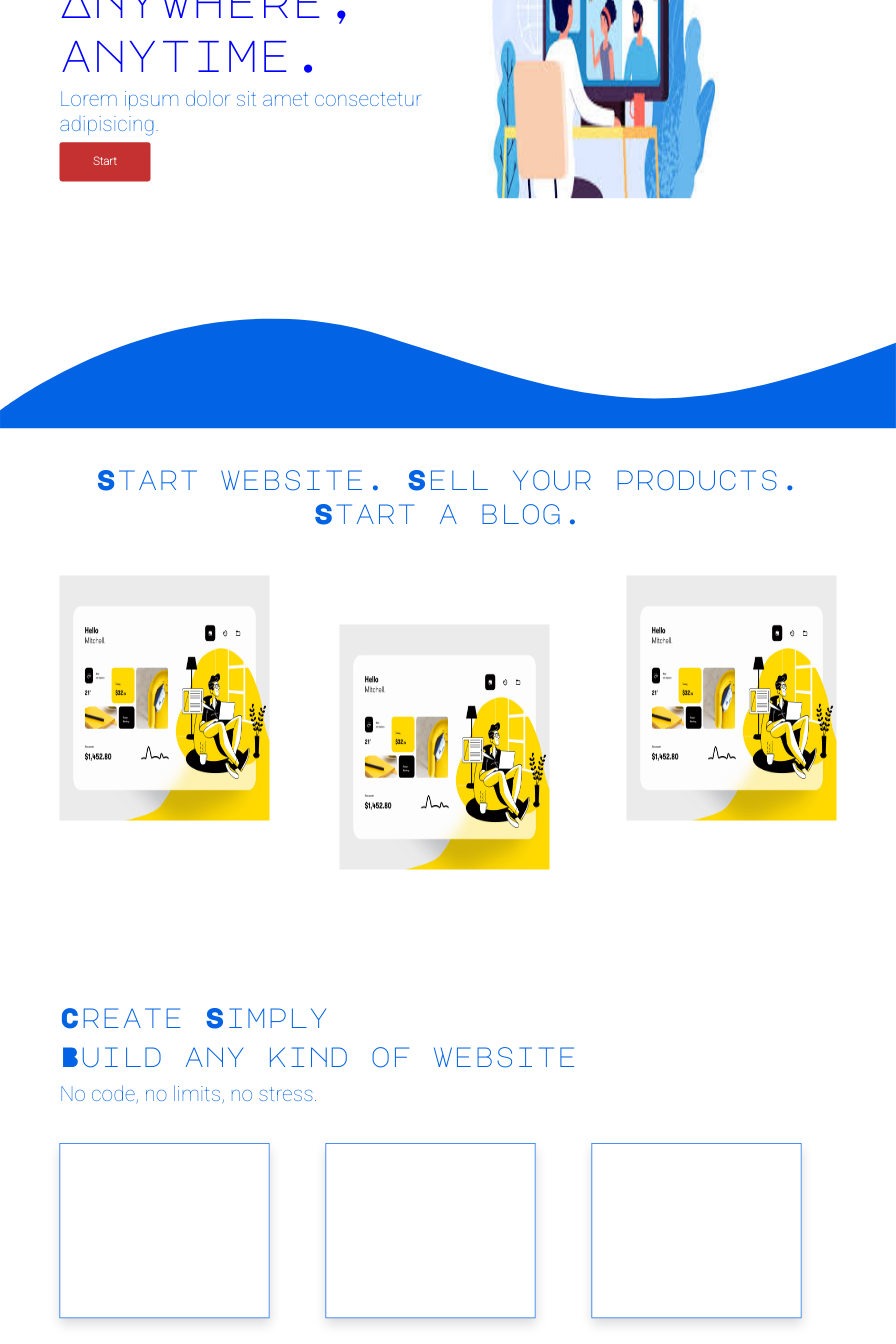
Repository: latenightsnacc/Static-Web-Projects
Page: Dunno Yet/index.html
An editor plug-in stored every save of this project. The page is shown before and after the next save, followed by the edit.
The browser window is 1280 px wide. The pictures show the part of the page from y = 313 to 2233 px (the page is 5239 px tall before and 5082 px after), at 70% of full size.
The style sheet was rebuilt from its Sass, Less or Tailwind sources for each picture, by a compiler version that may differ from the author's.

Above is the page before, as saved 2020-11-11 19:33:34.

### Dunno Yet/index.html
<!DOCTYPE html>
<html lang="en">
<head>
    <meta charset="UTF-8">
    <meta name="viewport" content="width=device-width, initial-scale=1.0">
    <!--Tailwind CDN-->
    <link rel="stylesheet" href="https://cdnjs.cloudflare.com/ajax/libs/tailwindcss/1.9.6/base.min.css" integrity="sha512-hEjkvMSM0ql6VJcNK0gTmjt9ar8F2yHeBUbJKtyvQhkkbGMhiJ4+MaiB8XxsthLAHJx5vy2I9dN0un8HiWG2LA==" crossorigin="anonymous" />
    <link rel="stylesheet" href="https://cdnjs.cloudflare.com/ajax/libs/tailwindcss/1.9.6/components.min.css" integrity="sha512-TizAONqhvXjEfRPhptSUkZNVU497PzAnXNGNUoeOjeni4dHpJ+ak+ZsyoGna20LH/yg1PvdufN1VbnVQeVDftg==" crossorigin="anonymous" />
    <link rel="stylesheet" href="https://cdnjs.cloudflare.com/ajax/libs/tailwindcss/1.9.6/tailwind.css" integrity="sha512-HY1FOTeAX9idUBWDhVDrBg8QUHBisKVQ4BCVj1jFo5z76mk87w4Rr5YGP8nBkcGmoMzqYvdeXHMOg/olF45z3g==" crossorigin="anonymous" />
    <link rel="stylesheet" href="https://cdnjs.cloudflare.com/ajax/libs/tailwindcss/1.9.6/utilities.min.css" integrity="sha512-0QJfuLKyYJWGB5hKArJW67xqMLDlR8YaLM/ZuW2mRn4NRwHNsGm7UuREc5Fu7jONHyewPKnGODY0N8G+FQbfxg==" crossorigin="anonymous" />
    <!--Bootstrap CDN-->
    <link rel="stylesheet" href="https://cdn.jsdelivr.net/npm/bootstrap@4.5.3/dist/css/bootstrap.min.css" integrity="sha384-TX8t27EcRE3e/ihU7zmQxVncDAy5uIKz4rEkgIXeMed4M0jlfIDPvg6uqKI2xXr2" crossorigin="anonymous">
    <!--Custom Stylesheet-->
    <link rel="stylesheet" href="styles/stylesheet.css">
    <!-- <link rel="stylesheet" href="styles/loader.css"> -->
    <title>Home</title>
</head>
<body>
        <!--PreLoader-->
<div class="loader_bg">
    <div class="loader"></div>
</div>
    <!--Navbar-->
    <nav class="navbar navbar-expand-lg navbar-light  bg-transparent fixed-top p-3 mb-5 bg-white rounded" id="navbar">
        <div class="container">
            <a class="navbar-brand" href="#">Navbar</a>
            <button class="navbar-toggler" type="button" data-toggle="collapse" data-target="#navbarNavDropdown" aria-controls="navbarNavDropdown" aria-expanded="false" aria-label="Toggle navigation">
              <span class="navbar-toggler-icon"></span>
            </button>
            <div class="collapse navbar-collapse" id="navbarNavDropdown">
              <ul class="navbar-nav ml-auto">
                <li class="nav-item active">
                  <a class="nav-link" href="#">Home</a>
                </li>
                <li class="nav-item dropdown">
                    <a class="nav-link dropdown-toggle" href="#" id="navbarDropdownMenuLink" role="button" data-toggle="dropdown" aria-haspopup="true" aria-expanded="false">
                      Products
                    </a>
                    <div class="dropdown-menu" aria-labelledby="navbarDropdownMenuLink">
                      <a class="dropdown-item" href="#">Blog</a>
                      <a class="dropdown-item" href="#">Website</a>
                      <a class="dropdown-item" href="#">E-commerce</a>
                      <a class="dropdown-item" href="#">Domain</a>
                      <a class="dropdown-item" href="#">Hosting</a>
                    </div>
                  </li>
                <li class="nav-item">
                  <a class="nav-link" href="#">Pricing</a>
                </li>
                <li class="nav-item">
                    <a class="nav-link" href="#">Login</a>
                </li>
                <li class="nav-item">
                    <a class="nav-link btn" href="#">Get Started</a>
                </li>
              </ul>
            </div>
        </nav>
    </div>
    <!-- End of Navbar-->


    <!--Banner-->
    <section class="min-h-screen mt-5" id="banner">
        <div class="container">
            <div class="row pt-5">
                <!--Banner Text-->
                <div class="col-xs-12 col-s-12 col-md-6 col-lg-6 col-xl-6">
                    <div class="text-box banner-txt">
                        <h1 class="">Online Solutions, <br/> Anywhere, anytime.</h1>
                        <h5 class="span-title">Lorem ipsum dolor sit amet consectetur adipisicing.</h5>
                        <button class="bg-red-700 hover:bg-blue-500 text-white font-bold py-3 px-5 rounded">Start</button>
                    </div>
                </div>
                <!--Banner Image-->
                <div class="col-xs-12 col-s-12 col-md-6 col-lg-6 col-xl-6">
                    <a href="#">
                        <img class="banner-img" src="assets/video-conferencing.jpeg" alt="banner image"/>
                    </a>
                </div>
            </div>
        </div>

    </section>
    <!--End of Banner-->
 <!--SVG BACKGROUND-->
 <svg id="topcurve" data-name=" Layer 1" xmlns="https://www.w3.org/2000/svg" viewBox= "0 0 1416.99 174.01">
    <defs>
        <style>
            .cls-1{fill: #0263e4;}
        </style>
    </defs>
    <title>Wavy Background</title>
    <path class="cls-1" d="M0,280.8S283.66,59,608.94,163.56s437.93,150.57,808,10.34V309.54H0V280.8Z" transform="translate(0 -135.53)"/>
</svg>

    <!--Services-->
    <section class="min-h-screen mt-5 mb-5" id="services">
        <div class="container">
            <div class="absolute-box">
                <div class="title-box text-center mb-5">
                    <h2 class="section-title pb-5">Start <span class="section-title">website. </span><span class="color">Sell your products.</span><br/><span class="color">Start a blog.</span> </h2>
                </div>
                <div class="images">
                    <div class="img-1 ">
                        <a href="#">
                            <img src="assets/Template-1.jpg" alt="Build a website" />
                        </a>
                    </div>
                    <div class="img-2 motion-reduce:animate-bounce">
                        <a href="#">
                            <img src="assets/Template-1.jpg" alt="Build a website" />
                        </a>
                    </div>
                    <div class="img-3">
                        <a href="#">
                            <img src="assets/Template-1.jpg" alt="Build a website" />
                        </a>
                    </div>
                </div>
            </div>
        </div>
    </section>
    <!--End of Services-->

    <!--Templates-->
    <section class="min-h-screen mt-5 mb-5" id="templates">
        <div class="container">
            <div class="title-box mb-5">
                <h2 class="section-title">Create Simply </h2>
                <h4 class="section-title">Build any kind of website</h4>
                <p class="span-title">No code, no limits, no stress.</p>
            </div>
            <div class="row">
                <div class="col-xs-12 col-s-12 col-md-6 col-lg-4 col-xl-4">
                    <div class="clear-box"></div>
                </div>
                <div class="col-xs-12 col-s-12 col-md-6 col-lg-4 col-xl-4">
                    <div class="clear-box"></div>
                </div>
                <div class="col-xs-12 col-s-12 col-md-6 col-lg-4 col-xl-4">
                    <div class="clear-box"></div>
                </div>
                <div class="col-xs-12 col-s-12 col-md-6 col-lg-4 col-xl-4 mt-5">
                    <div class="clear-box"></div>
                </div>
                <div class="col-xs-12 col-s-12 col-md-6 col-lg-4 col-xl-4 mt-5">
                    <div class="clear-box"></div>
                </div>
                <div class="col-xs-12 col-s-12 col-md-6 col-lg-4 col-xl-4 mt-5">
                    <div class="clear-box"></div>
                </div>
            </div>
        </div>
    </section>
    <!--End of Themes-->

    <!--Themes-->
    <section class="min-h-screen mt-5 mb-5" id="themes">
        <div class="container">
            <div class="title-box">
                <h2 class="section-title">Stand Out <span class="text-4xl span-title">with our responsive professionally designed themes.</h2>
            </div>
            <div class="row">
                <div class="col-xs-12 col-s-12 col-md-6 col-lg-6 col-xl-6">
                    <div id="clr1" class="text-center mt-5">
                    </div>
                </div>
                <div class="col-xs-12 col-s-12 col-md-6 col-lg-6 col-xl-6">
                    <div class="row flex-wrap">
                        <div class="col-xs-12 col-s-12 col-md-12 col-lg-12 col-xl-12">
                            <div id="clr2" class="mt-5">

                            </div>
                        </div>
                        <div class="col-xs-12 col-s-12 col-md-12 col-lg-12 col-xl-12">
                            <div id="clr3">

                            </div>
                        </div>
                    </div>
                </div>
            </div>
        </div>
    </section>
    <!--End of Themes-->

    <section class="min-h-screen mt-5 mb-5" id="services">
        <div class="container">
            <div class="title-box mb-5">
                <h2 class="section-title">We've got you covered.</h2>
                <p>Your website is just the beginning.</p>
            </div>
            <div class="row">
                <div class="col-xs-12 col-s-12 col-md-6 col-lg-6 col-xl-6 bg-blue-500">
                    <div class="clear-box mt-5 mb-5">
                        <h3 class="text-center pt-5">Real support from real people.</h3>
                    </div>
                </div>
                <div class="col-xs-12 col-s-12 col-md-6 col-lg-6 col-xl-6 bg-yellow-500">
                    <div class="clear-box mt-5 mb-5">
                        <h3 class="text-center pt-5">Domain to suit your needs.</h3>
                    </div>
                </div>
                <div class="col-xs-12 col-s-12 col-md-6 col-lg-6 col-xl-6 bg-red-500">
                    <div class="clear-box mt-5 mb-5">
                        <h3 class="text-center pt-5">Plans for everyone</h3>
                    </div>
                </div>
                <div class="col-xs-12 col-s-12 col-md-6 col-lg-6 col-xl-6 bg-blue-300">
                    <div class="clear-box mt-5 mb-5">
                        <h3 class="text-center pt-5">Security Security Security</h3>
                    </div>
                </div>
            </div>
        </div>
    </section>
    <section class="min-h-screen" id="pricing">
        <div class="container">
            <div class="title-box mb-5">
                <h2 class="section-title">Start Free </h2>
                <h5> Grow at your own pace.</h5>
            </div>
            <div class="row">
                <div class="col-xs-12 col-s-12 col-md-3 col-lg-3 col-xl-3">
                    <div class="max-w-sm rounded overflow-hidden shadow-lg mb-5 border-2 border-blue-400 price-card">
                        <div class="px-6 py-4">
                          <div class="font-bold text-xl mb-2">Free</div>
                          <p class="text-gray-700 text-base">
                            Lorem ipsum dolor sit amet, consectetur adipisicing elit. Voluptatibus quia, nulla! Maiores et perferendis eaque, exercitationem praesentium nihil.
                          </p>
                        </div>
                        <div class="px-6 pt-4 pb-2">
                          <span class="inline-block bg-gray-200 rounded-full px-3 py-1 text-sm font-semibold text-gray-700 mr-2 mb-2">#photography</span>
                          <span class="inline-block bg-gray-200 rounded-full px-3 py-1 text-sm font-semibold text-gray-700 mr-2 mb-2">#travel</span>
                          <span class="inline-block bg-gray-200 rounded-full px-3 py-1 text-sm font-semibold text-gray-700 mr-2 mb-2">#winter</span>
                        </div>
                      </div>
                </div>
                <div class="col-xs-12 col-s-12 col-md-3 col-lg-3 col-xl-3">
                    <div class="max-w-sm rounded overflow-hidden shadow-md mb-5 border-2 border-blue-400 price-card transition ease-out duration-700 ...">
                        <div class="px-6 py-4">
                          <div class="font-bold text-xl mb-2">The Coldest Sunset</div>
                          <p class="text-gray-700 text-base">
                            Lorem ipsum dolor sit amet, consectetur adipisicing elit. Voluptatibus quia, nulla! Maiores et perferendis eaque, exercitationem praesentium nihil.
                          </p>
                        </div>
                        <div class="px-6 pt-4 pb-2">
                          <span class="inline-block bg-gray-200 rounded-full px-3 py-1 text-sm font-semibold text-gray-700 mr-2 mb-2">#photography</span>
                          <span class="inline-block bg-gray-200 rounded-full px-3 py-1 text-sm font-semibold text-gray-700 mr-2 mb-2">#travel</span>
                          <span class="inline-block bg-gray-200 rounded-full px-3 py-1 text-sm font-semibold text-gray-700 mr-2 mb-2">#winter</span>
                        </div>
                      </div>
                </div>
                <div class="col-xs-12 col-s-12 col-md-3 col-lg-3 col-xl-3">
                    <div class="max-w-sm rounded overflow-hidden shadow-md mb-5 border-2 border-blue-400 price-card" >
                        <div class="px-6 py-4">
                          <div class="font-bold text-xl mb-2">The Coldest Sunset</div>
                          <p class="text-gray-700 text-base">
                            Lorem ipsum dolor sit amet, consectetur adipisicing elit. Voluptatibus quia, nulla! Maiores et perferendis eaque, exercitationem praesentium nihil.
                          </p>
                        </div>
                        <div class="px-6 pt-4 pb-2">
                          <span class="inline-block bg-gray-200 rounded-full px-3 py-1 text-sm font-semibold text-gray-700 mr-2 mb-2">#photography</span>
                          <span class="inline-block bg-gray-200 rounded-full px-3 py-1 text-sm font-semibold text-gray-700 mr-2 mb-2">#travel</span>
                          <span class="inline-block bg-gray-200 rounded-full px-3 py-1 text-sm font-semibold text-gray-700 mr-2 mb-2">#winter</span>
                        </div>
                      </div>
                </div>
                <div class="col-xs-12 col-s-12 col-md-3 col-lg-3 col-xl-3">
                    <div class="max-w-sm rounded overflow-hidden shadow-md price-card">
                        <div class="px-6 py-4">
                          <div class="font-bold text-xl mb-2">The Coldest Sunset</div>
                          <p class="text-gray-700 text-base">
                            Lorem ipsum dolor sit amet, consectetur adipisicing elit. Voluptatibus quia, nulla! Maiores et perferendis eaque, exercitationem praesentium nihil.
                          </p>
                        </div>
                        <div class="px-6 pt-4 pb-2">
                          <span class="inline-block bg-gray-200 rounded-full px-3 py-1 text-sm font-semibold text-gray-700 mr-2 mb-2">#photography</span>
                          <span class="inline-block bg-gray-200 rounded-full px-3 py-1 text-sm font-semibold text-gray-700 mr-2 mb-2">#travel</span>
                          <span class="inline-block bg-gray-200 rounded-full px-3 py-1 text-sm font-semibold text-gray-700 mr-2 mb-2">#winter</span>
                        </div>
                      </div>
                </div>
            </div>
        </div>
    </section>
    <!--SVG BACKGROUND-->
    <svg id="curve" data-name=" Layer 1" xmlns="https://www.w3.org/2000/svg" viewBox= "0 0 1416.99 174.01">
        <defs>
            <style>
                .cls-1{fill: #0263e4;}
            </style>
        </defs>
        <title>Wavy Background</title>
        <path class="cls-1" d="M0,280.8S283.66,59,608.94,163.56s437.93,150.57,808,10.34V309.54H0V280.8Z" transform="translate(0 -135.53)"/>
    </svg>
    <!--End of SVG-->
    <!--Footer-->
    <section class="wavy">
        <div class="footer">
            <div class="container">
                <div class="row">
                    <div class="col-xs-12 col-s-12 col-md-3 col-lg-3 col-xl-3">
                        <ul class="footer-menu">
                            <li>
                                <a href="#" class="text-white footer-link">Lorem</a>
                            </li>
                            <li>
                                <a href="#" class="text-white footer-link">Lorem</a>
                            </li>
                            <li>
                                <a href="#" class="text-white footer-link">Lorem</a>
                            </li>
                            <li>
                                <a href="#" class="text-white footer-link">Lorem</a>
                            </li>
                        </ul>
                    </div>
                    <div class="col-xs-12 col-s-12 col-md-3 col-lg-3 col-xl-3">
                        <ul class="footer-menu">
                            <li>
                                <a href="#" class="text-white footer-link">Lorem</a>
                            </li>
                            <li>
                                <a href="#" class="text-white footer-link">Lorem</a>
                            </li>
                            <li>
                                <a href="#" class="text-white footer-link">Lorem</a>
                            </li>
                            <li>
                                <a href="#" class="text-white footer-link">Lorem</a>
                            </li>
                        </ul>
                    </div>
                    <div class="col-xs-12 col-s-12 col-md-3 col-lg-3 col-xl-3">
                        <ul class="footer-menu">
                            <li>
                                <a href="#" class="text-white footer-link">Lorem</a>
                            </li>
                            <li>
                                <a href="#" class="text-white footer-link">Lorem</a>
                            </li>
                            <li>
                                <a href="#" class="text-white footer-link">Lorem</a>
                            </li>
                            <li>
                                <a href="#" class="text-white footer-link">Lorem</a>
                            </li>
                        </ul>
                    </div>
                    <div class="col-xs-12 col-s-12 col-md-3 col-lg-3 col-xl-3">
                        <ul class="footer-menu">
                            <li>
                                <a href="#" class="text-white footer-link">Lorem</a>
                            </li>
                            <li>
                                <a href="#" class="text-white footer-link">Lorem</a>
                            </li>
                            <li>
                                <a href="#" class="text-white footer-link">Lorem</a>
                            </li>
                            <li>
                                <a href="#" class="text-white footer-link">Lorem</a>
                            </li>
                        </ul>
                    </div>
                </div>
                <p class="text-center text-white py-3">&copy; TriSpace. Powered by TriSpace</p>
            </div>
        </div>
    </section>


    <!--Bootstrap Scripts-->
    <script src="https://code.jquery.com/jquery-3.5.1.slim.min.js" integrity="sha384-DfXdz2htPH0lsSSs5nCTpuj/zy4C+OGpamoFVy38MVBnE+IbbVYUew+OrCXaRkfj" crossorigin="anonymous"></script>
    <script src="https://cdn.jsdelivr.net/npm/popper.js@1.16.1/dist/umd/popper.min.js" integrity="sha384-9/reFTGAW83EW2RDu2S0VKaIzap3H66lZH81PoYlFhbGU+6BZp6G7niu735Sk7lN" crossorigin="anonymous"></script>
    <script src="https://cdn.jsdelivr.net/npm/bootstrap@4.5.3/dist/js/bootstrap.min.js" integrity="sha384-w1Q4orYjBQndcko6MimVbzY0tgp4pWB4lZ7lr30WKz0vr/aWKhXdBNmNb5D92v7s" crossorigin="anonymous"></script>

    <script>
        setTimeout(function(){
            $('.loader_bg').fadeToggle();
        }, 2500);
    </script>
</body>
</html>

### Dunno Yet/styles/stylesheet.scss
@import'variables';

*{
    box-sizing: border-box;
    margin: 0;
    padding: 0;
    text-decoration: none;
    list-style: none;
    font-family: $font3;
    button {
        outline: none;
    }
    a {
        text-decoration: none;
        &:hover {
            text-decoration: none;
        }
    }

    button {
        font-family: $font3;
    }
}

.banner-txt {
    h1 {
        font-size: 64px;
        color: blue;
        font-family: $font2;
    }

}
img.banner-img {
    width: 400px;
    height: 500px;
}
.text-box {
    display: flex;
    flex-direction: column;
    height: 100%;
    justify-content: center;
    align-items: flex-start;
}
.section-title, span.color {
    font-size: 40px;
    font-family: $font2;
    color: $blue;

}
.span-title {
    font-family: $font3;
    font-size: 30px;
    color: $blue;
}
.absolute-box {
    position: relative;
    .images {
        position: absolute;
        width: 100%;
        height: 100%;

        img {
            width: 300px;
            height: 350px;
        }

        .img-1 {
            position: absolute;
            top: -30px;
            left: 0px;

        }
        .img-2 {
            position: absolute;
            top: 40px;
            left: 400px;

        }
        .img-3 {
            position: absolute;
            top: -30px;
            right: 0px;

        }
    }
}
#clr1 {
    background-color: $blue;
    width: 100%;
    height: 600px;
    border: 1px solid $blue;
    box-shadow: 0 .5rem 1rem rgba(0,0,0,.15)!important;
}
#clr2 {
    background-color: $yellow;
    width: 100%;
    height: 300px;
    border: 1px solid $yellow;
    margin-bottom: 30px;
    box-shadow: 0 .5rem 1rem rgba(0,0,0,.15)!important;
}
#clr3 {
    background-color: $red;
    width: 100%;
    height: 270px;
    border: 1px solid $red;
    box-shadow: 0 .5rem 1rem rgba(0,0,0,.15)!important;
}
.clear-box {
    width: 300px;
    height: 250px;
    border: 1px solid $blue;
    box-shadow: 0 .5rem 1rem rgba(0,0,0,.15)!important;
}

.price-card {
    border: 1px solid $blue;
    &:hover {
        border: 2px solid $blue;
        transition: all border 1000ms ease-in ;
    }
}

.wavy {
    position: relative;
    background: $blue;
    width: 100%;
    margin-bottom: 0;
}

### Dunno Yet/styles/_variables.scss
@import url('https://fonts.googleapis.com/css2?family=Chewy&display=swap');
@import url('https://fonts.googleapis.com/css2?family=Major+Mono+Display&display=swap');
@import url('https://fonts.googleapis.com/css2?family=Roboto:wght@100&display=swap');
$font: -apple-system, BlinkMacSystemFont, 'Segoe UI', Roboto, Oxygen, Ubuntu, Cantarell, 'Open Sans', 'Helvetica Neue', sans-serif;
$FONT1: 'Chewy', cursive;
$font2: 'Major Mono Display', monospace;
$font3: 'Roboto', sans-serif;
$primary: #fff;
$darkB: #02081d;
$lightB: #cce1ea;
$blue: #0263e4;
$red: #ca1b11;
$yellow : yellow;
$dB: #081a5a;

After the next save:
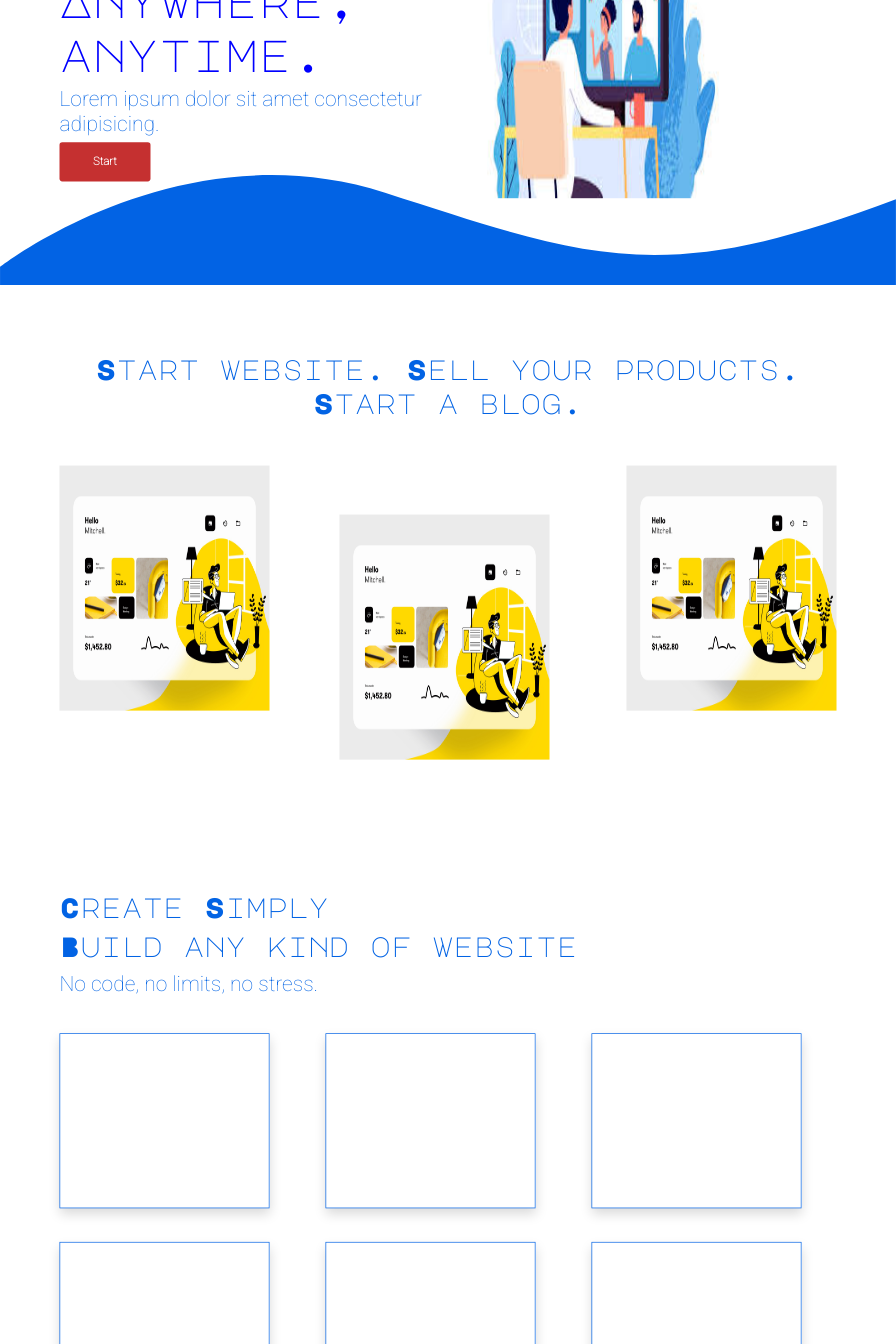
Saved 26 s later.
--- a/Dunno Yet/styles/stylesheet.scss
+++ b/Dunno Yet/styles/stylesheet.scss
@@ -127,3 +127,9 @@ img.banner-img {
     width: 100%;
     margin-bottom: 0;
 }
+
+#topcurve {
+    position: absolute;
+    bottom: 0;
+    width: 100%;
+}
